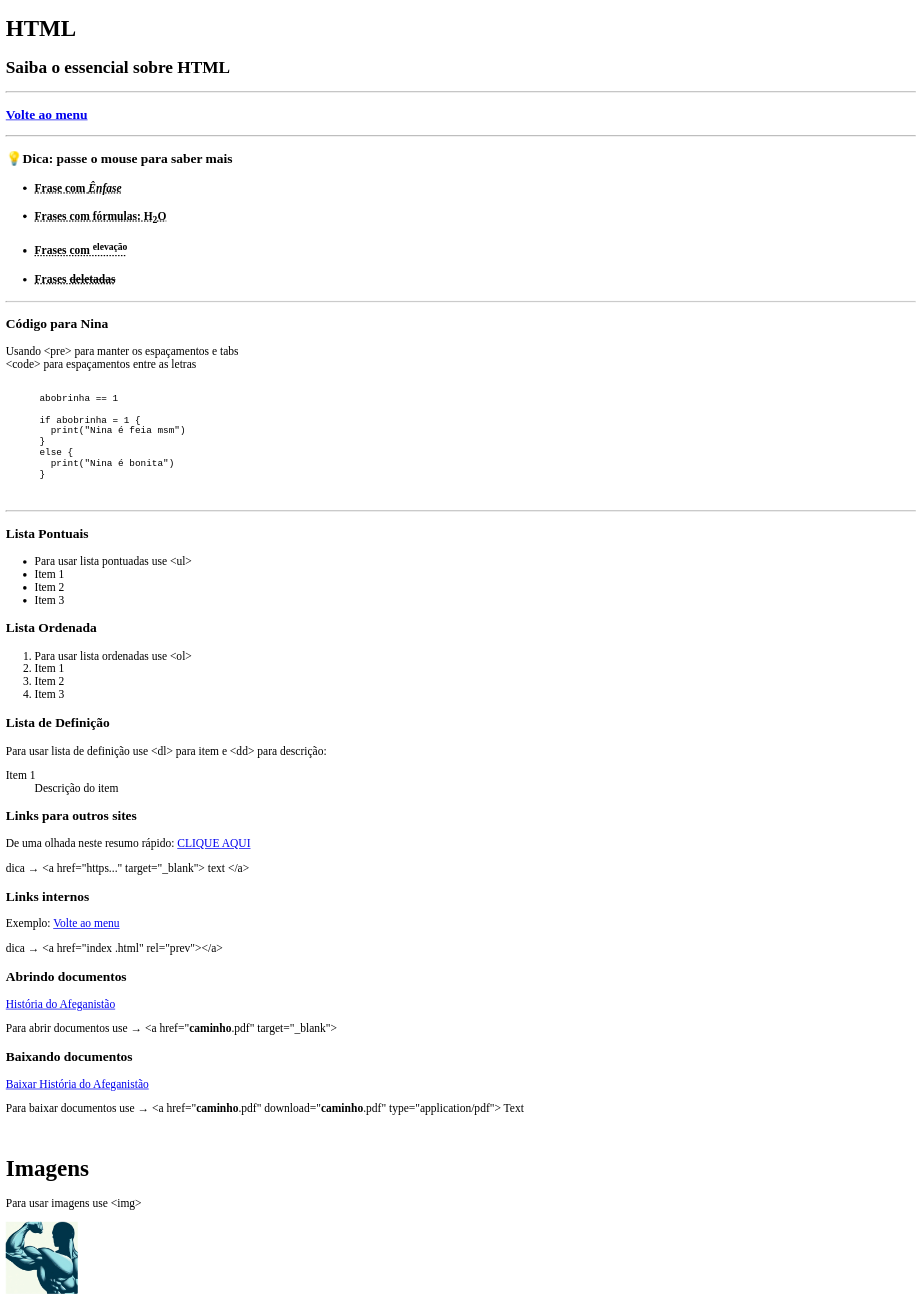
Repository: LuidyOn/Site_Forca_Total
Page: ForçaTotal/sobreHTML.html
An editor plug-in stored every save of this project. The page is shown before and after the next save, followed by the edit.
The browser window is 1280 px wide. The pictures show the whole page, at 72% of full size.

Above is the page before, as saved 2025-05-15 20:22:12.

### ForçaTotal/sobreHTML.html
<!DOCTYPE html>
<html lang="pt-br">
<head>
  <meta charset="UTF-8">
  <meta name="viewport" content="width=device-width, initial-scale=1.0">
  <link rel="shortcut icon" href="img/icons/logo.ico" type="image/x-icon">
  <title>Testes Força total</title>
</head>
<body>
  <h1>HTML</h1>
  <h2>Saiba o essencial sobre HTML</h2>

  <hr>
  <h3><a href="index.html" rel="prev"> Volte ao menu</a></h3>
  <hr>

<h3>💡Dica: passe o mouse para saber mais</h3>

  <ul><li><h4> <abbr title="Para deixar uma frase com ênfase, usamos: <em> ">Frase com <em>Ênfase</em></h4> </abbr>
  </li></ul>

    <ul><li><h4><abbr title="Para utilizarmos frases 'baixas' ou fórmulas usamos: <sub></sub>"> Frases com fórmulas: H<sub>2</sub>O</abbr></h4> </li></ul>

  <ul><li><h4> <abbr title="Para utilizarmos frases com ênfase/superiores usamos: <sup></sup>">Frases com <sup>elevação</sup></h4> </abbr></li></ul>

  <ul><li><abbr title=" Para utilizarmos frases deletadas usamos: <del>"><h4>Frases <del>deletadas</del></h4></abbr></li></ul>

  <hr>

  <h3>Código para Nina</h3>
  <p>Usando &lt;pre&gt; para manter os espaçamentos e tabs <br> &lt;code&gt; para espaçamentos entre as letras</p>

  <p></p>

  <pre>
    <code>
      abobrinha == 1

      if abobrinha = 1 {
        print("Nina é feia msm")
      }
      else {
        print("Nina é bonita")
      }
    </code>
  </pre>

  <hr>

  <h3>Lista Pontuais</h3>
  <ul>
    <li>Para usar lista pontuadas use &lt;ul&gt;</li>
    <li>Item 1</li>
    <li>Item 2</li>
    <li>Item 3</li>
  </ul>

  <h3>Lista Ordenada</h3>
  <ol>
    <li>Para usar lista ordenadas use &lt;ol&gt;</li>
    <li>Item 1</li>
    <li>Item 2</li>
    <li>Item 3</li>
  </ol>

  <h3>Lista de Definição</h3>
  <dl>
    <dt>Para usar lista de definição use &lt;dl&gt; para item e &lt;dd&gt para descrição:</dt>

    <p></p>
    <dt>
      Item 1
      <dd>Descrição do item</dd>
    </dl>

    <h3>Links para outros sites</h3>
    <p>De uma olhada neste resumo rápido: <a href="https://www.youtube.com/watch?v=dQw4w9WgXcQ" target="_blank" rel="External"> CLIQUE AQUI </a></p>
    <p>dica &rarr; &lt;a href="https..." target="_blank"&gt; text &lt;/a&gt;</p>

    <h3>Links internos</h3>

    <p>Exemplo: <a href="index.html" rel="prev"> Volte ao menu</a></p>
    <p>dica &rarr; &lt;a href="index .html" rel="prev"&gt;&lt;/a&gt;</p>

    <h3>Abrindo documentos</h3>
    <p><a href="Documentos/PDFs/GUERRA DO AFEGANISTÃO.pdf" target="_blank"> História do Afeganistão</a></p>

    <p>Para abrir documentos use &rarr; &lt;a href="<strong>caminho</strong>.pdf" target="_blank"&gt;</p>

    <h3>Baixando documentos</h3>
    <p><a href="Documentos/PDFs/GUERRA DO AFEGANISTÃO.pdf" target="_blank" download="Documentos/PDFs/GUERRA DO AFEGANISTÃO.pdf" type="application/pdf"> Baixar História do Afeganistão</a></p>

    <p>Para baixar documentos use &rarr; &lt;a href="<strong>caminho</strong>.pdf" download="<strong>caminho</strong>.pdf" type="application/pdf"&gt; Text</p>

  <p><br></p>

  <h1>Imagens</h1>
  <p>Para usar imagens use &lt;img&gt;</p>
  <img src="img/parteSerior.png" alt="parte superior" style="width: 100px; height: 100px;">
</body>
</html>

After the next save:
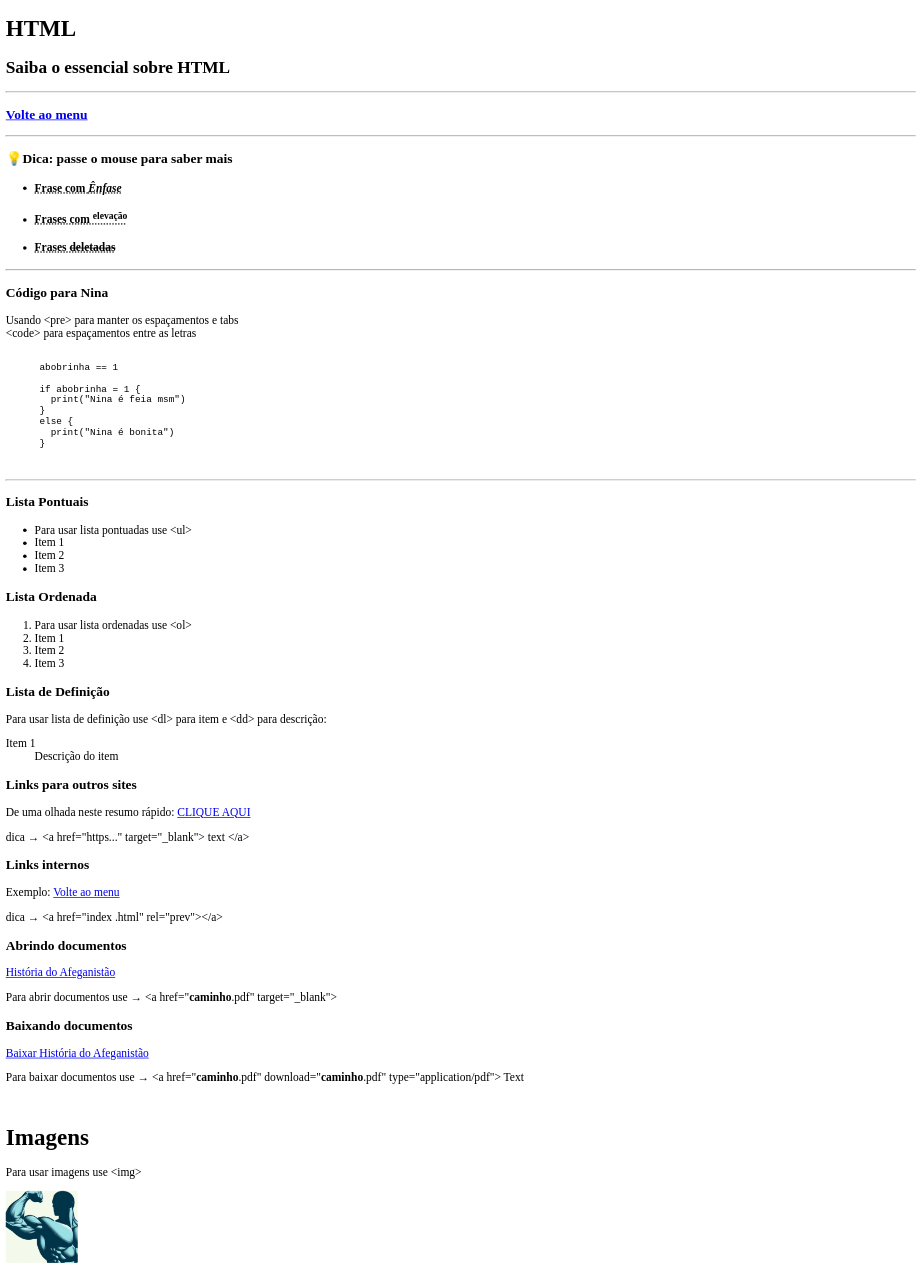
Saved 5 s later.
--- a/ForçaTotal/sobreHTML.html
+++ b/ForçaTotal/sobreHTML.html
@@ -19,7 +19,7 @@
   <ul><li><h4> <abbr title="Para deixar uma frase com ênfase, usamos: <em> ">Frase com <em>Ênfase</em></h4> </abbr>
   </li></ul>
 
-    <ul><li><h4><abbr title="Para utilizarmos frases 'baixas' ou fórmulas usamos: <sub></sub>"> Frases com fórmulas: H<sub>2</sub>O</abbr></h4> </li></ul>
+
 
   <ul><li><h4> <abbr title="Para utilizarmos frases com ênfase/superiores usamos: <sup></sup>">Frases com <sup>elevação</sup></h4> </abbr></li></ul>
 

After the save that followed:
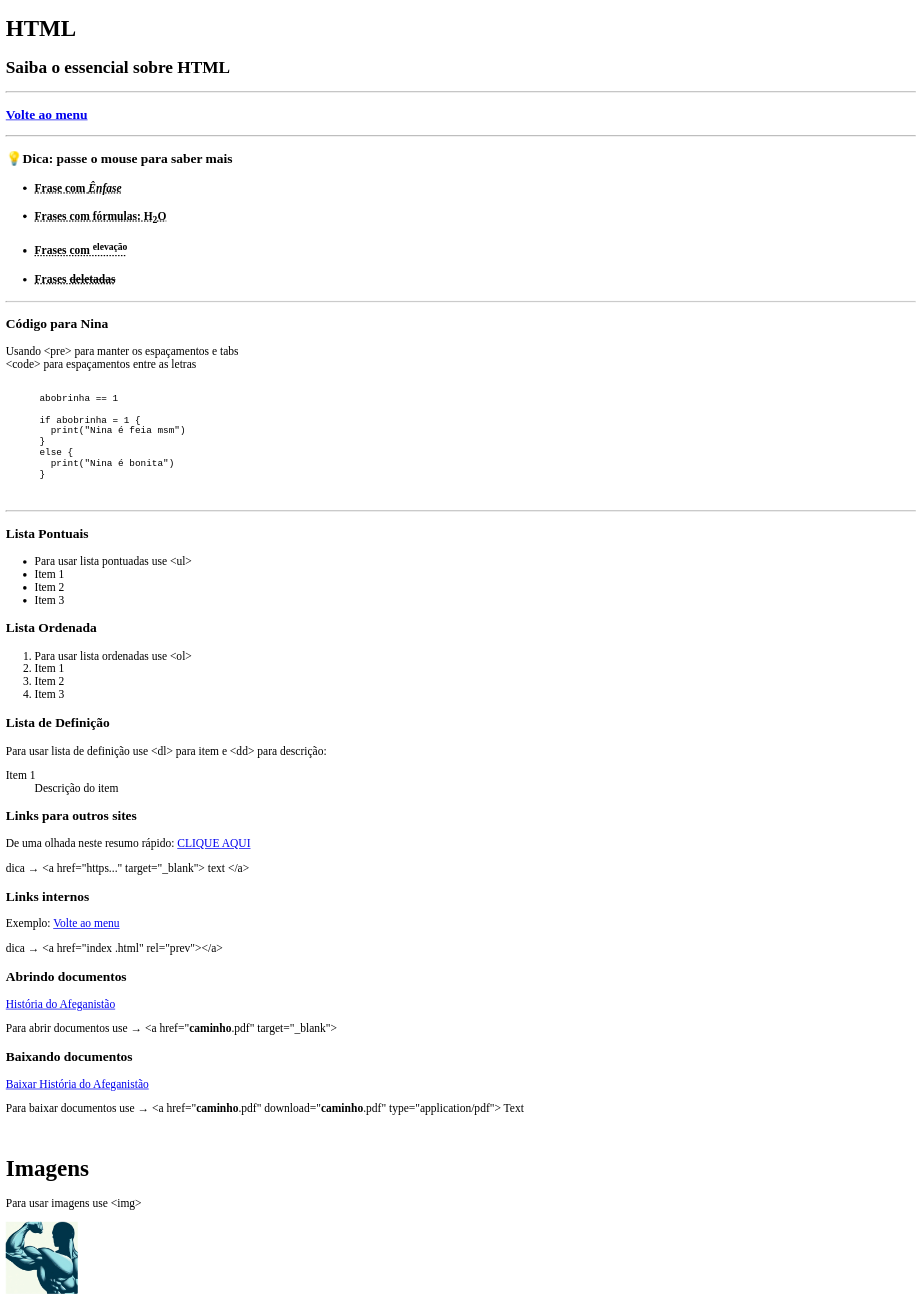
Saved 4 s later.
--- a/ForçaTotal/sobreHTML.html
+++ b/ForçaTotal/sobreHTML.html
@@ -19,7 +19,7 @@
   <ul><li><h4> <abbr title="Para deixar uma frase com ênfase, usamos: <em> ">Frase com <em>Ênfase</em></h4> </abbr>
   </li></ul>
 
-
+    <ul><li><h4><abbr title="Para utilizarmos frases 'baixas' ou fórmulas usamos: <sub></sub>"> Frases com fórmulas: H<sub>2</sub>O</abbr></h4> </li></ul>
 
   <ul><li><h4> <abbr title="Para utilizarmos frases com ênfase/superiores usamos: <sup></sup>">Frases com <sup>elevação</sup></h4> </abbr></li></ul>
 
